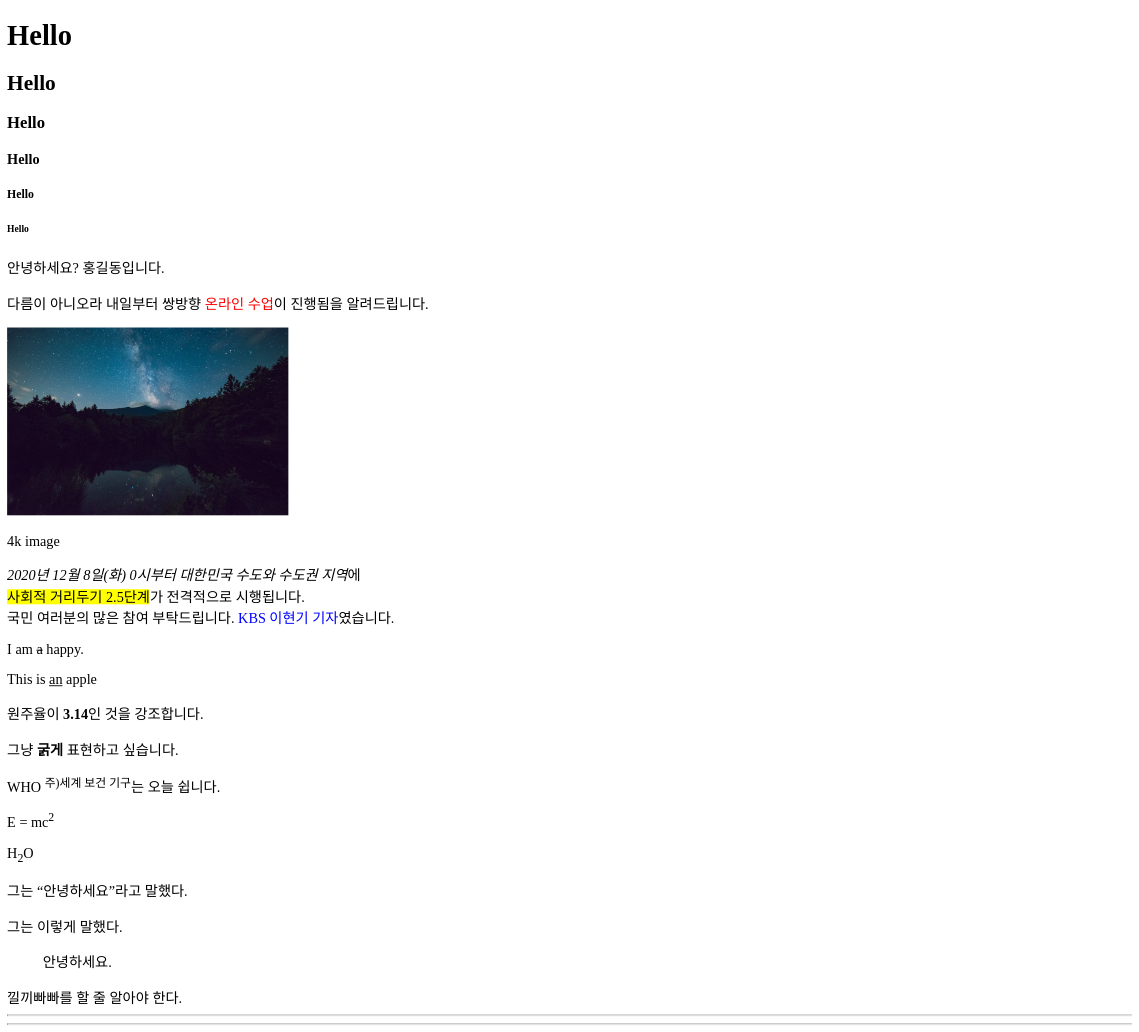
Repository: woneeseo/javastudy
Page: htmlStudy/workspace_html/HelloWorld/WebContent/f.html
The author's editor kept a copy of each file at every save. The page is drawn from the files as they stood at one save, then again after the next save.
The browser window is 1280 px wide. The pictures show the whole page, at 89% of full size.

Above is the page before, as saved 2020-12-07 05:57:13.

After the next save:
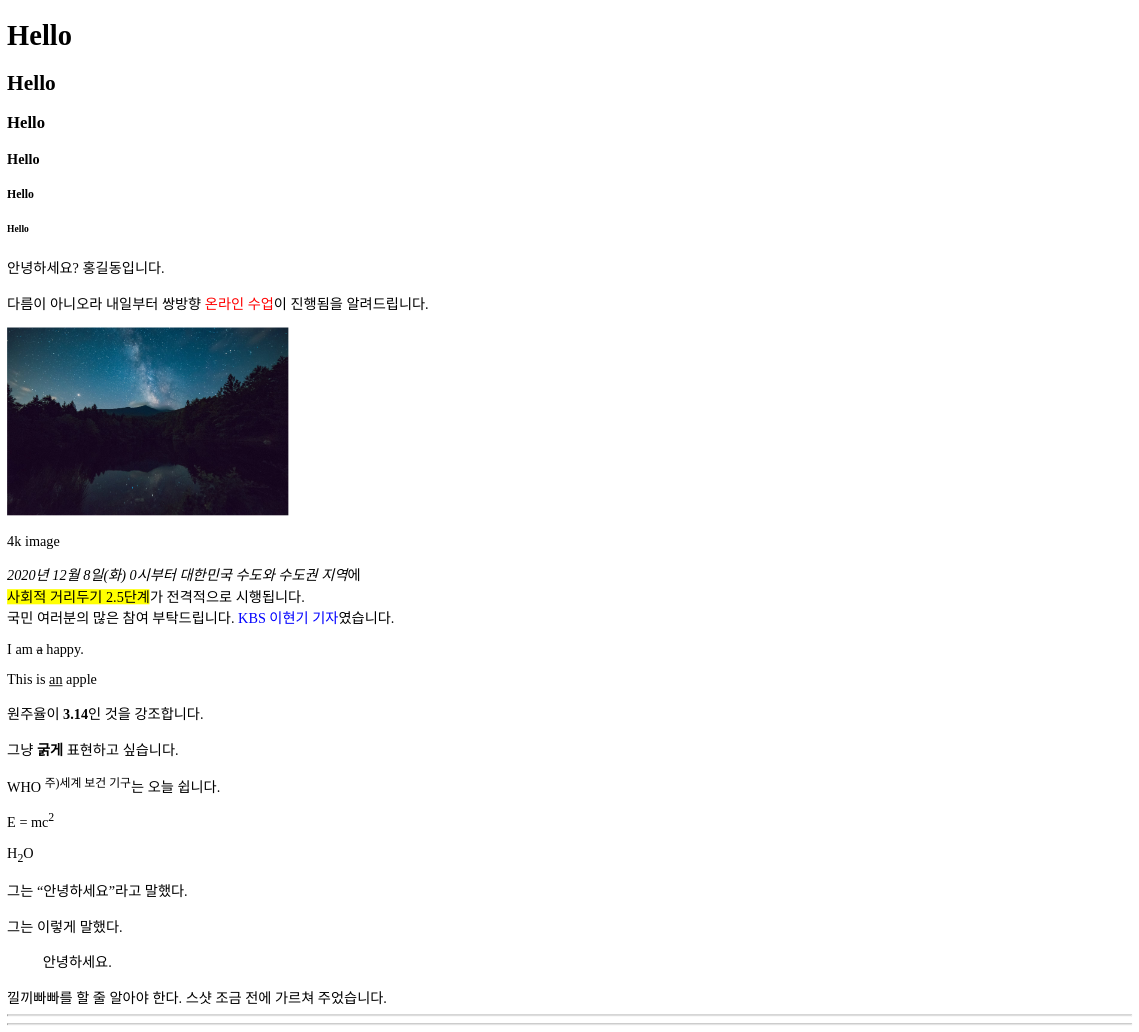
Saved 35 s later.
--- a/htmlStudy/workspace_html/HelloWorld/WebContent/f.html
+++ b/htmlStudy/workspace_html/HelloWorld/WebContent/f.html
@@ -81,6 +81,7 @@
 <blockquote>안녕하세요.</blockquote><!-- <blockquote> : 들여쓰기 기능 -->
 
 <abbr>낄끼빠빠</abbr>를 할 줄 알아야 한다.
+<abbr>스샷</abbr> 조금 전에 가르쳐 주었습니다.
 
 <hr>
 <hr>
